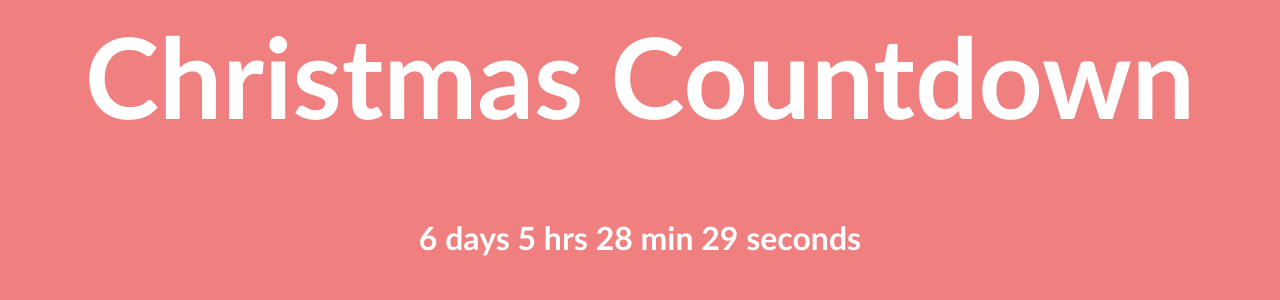
Repository: notMaximilian/countdown-timer
Page: index.html
These files come from the project's save history. The page is drawn as it stood at one moment and after the next save; the edit follows.
The browser window is 1280 px wide. The pictures show the whole page.

Above is the page before, as saved 2021-12-18 19:00:29.

After the next save:
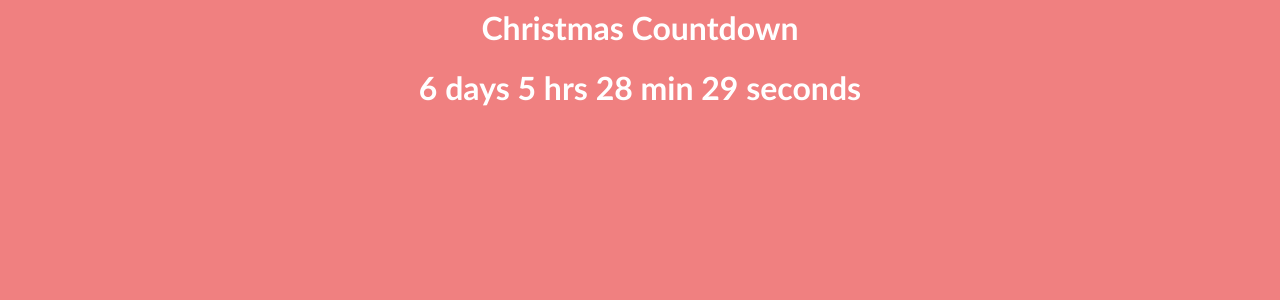
Saved 8 s later.
--- a/styles.css
+++ b/styles.css
@@ -7,7 +7,7 @@ body{
 }
 
 #main-text{
-    font-size: 700%;
+    /* font-size: 700%; */
 
 }
 

After the save that followed:
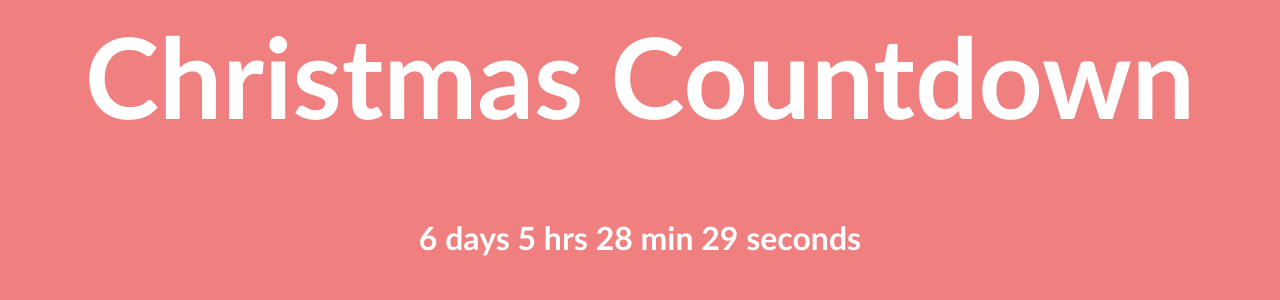
Saved 47 s later.
--- a/styles.css
+++ b/styles.css
@@ -2,6 +2,9 @@ body{
     background-color: lightcoral;
     text-align: center;
     color:#ffffff;
+    #main-text{
+        font-size: 700%;
+    }
 
     font-family: 'Trebuchet MS', 'Lucida Sans Unicode', 'Lucida Grande', 'Lucida Sans', Arial, sans-serif;
 }
